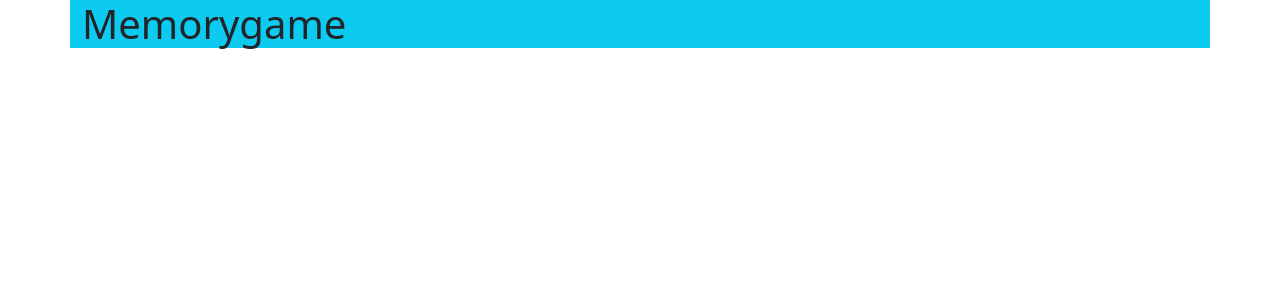
Repository: zsanber/memorygame
Page: /
These files come from the project's save history. The page is drawn as it stood at one moment and after the next save; the edit follows.
The browser window is 1280 px wide. The pictures show the whole page.
The project was rebuilt for these pictures with package versions that can differ from the ones it lists, and the page was loaded fresh each time.

Above is the page before, as saved 2022-02-06 10:15:24.

### src/App.js
import './App.css';
import '../node_modules/bootstrap/dist/bootstrap.min.css';

function App() {
  return (
    <div className="container bg-info">
      <h1 className="">Memorygame</h1>
    </div>
  );
}

export default App;

### src/App.css
.container {
  max-width: 800px;
}

Loaded but not shown: public/index.html (common file); src/index.js (common file); src/index.css (common file); src/reportWebVitals.js (common file)

After the next save:
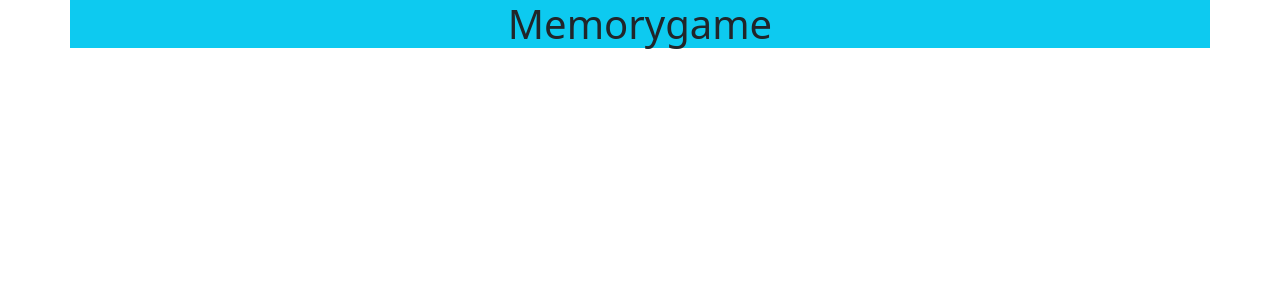
Saved 5 s later.
--- a/src/App.js
+++ b/src/App.js
@@ -4,7 +4,7 @@ import '../node_modules/bootstrap/dist/bootstrap.min.css';
 function App() {
   return (
     <div className="container bg-info">
-      <h1 className="">Memorygame</h1>
+      <h1 className="text-center">Memorygame</h1>
     </div>
   );
 }
